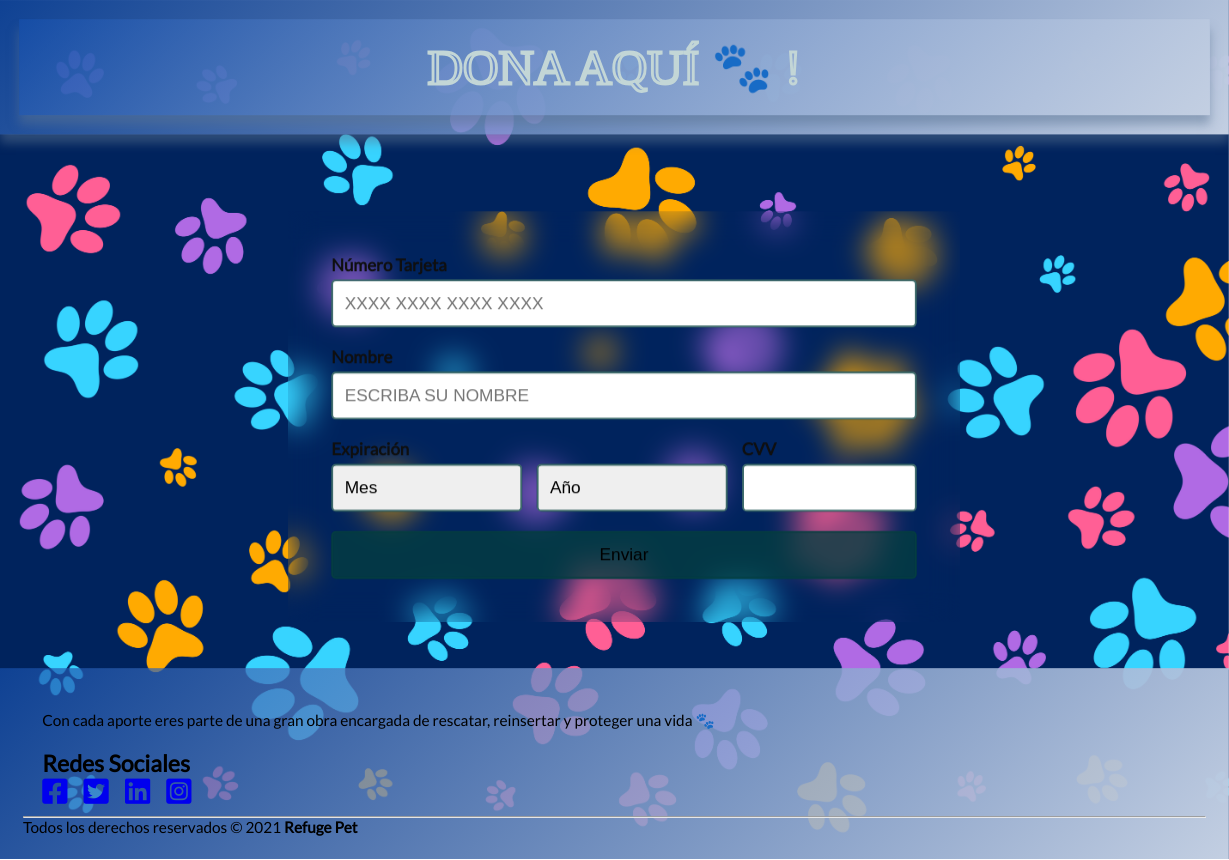
Repository: andreasvidal/SCL019-card-validation
Page: src/views/cardvalidation.html
An editor plug-in stored every save of this project. The page is shown before and after the next save, followed by the edit.
The browser window is 1280 px wide. The pictures show the whole page, at 96% of full size.
Some web fonts or font styles are not loaded; a fallback is used. Some web libraries are served in a nearby version.

Above is the page before, as saved 2022-04-13 10:07:16.

After the next save:
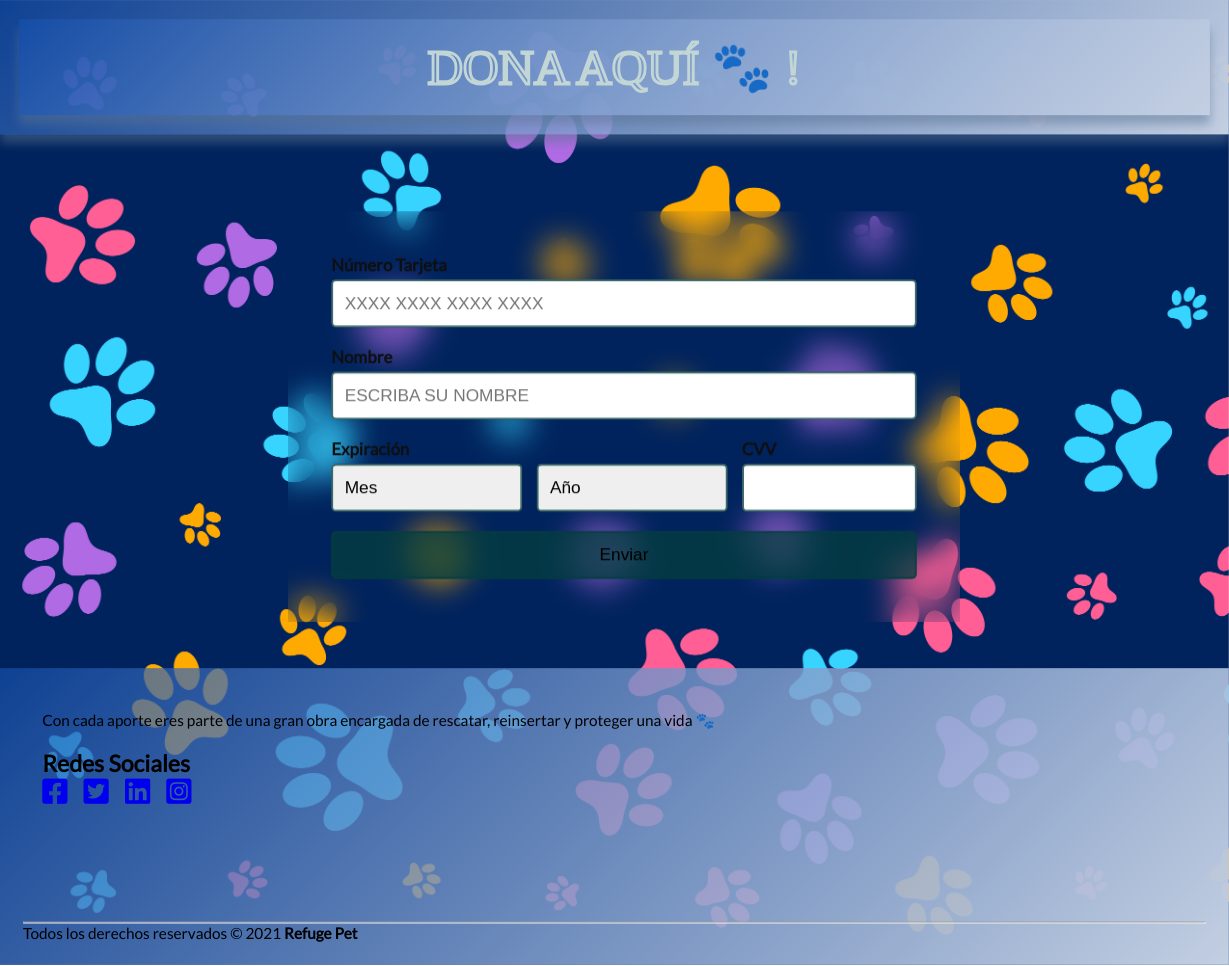
Saved 64 s later.
--- a/src/css/formstyle.css
+++ b/src/css/formstyle.css
@@ -137,5 +137,5 @@ footer {
 }
 
 .box__copyright {
-    padding-top: 50px;
+    padding-top: 10rem;
 }
